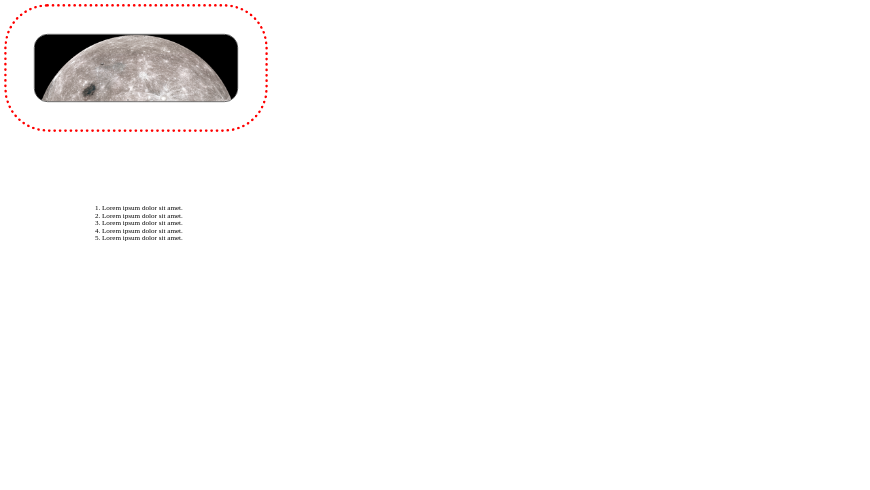
Repository: aSSasdy/assasdy.github.io
Page: index.html
An editor plug-in stored every save of this project. The page is shown before and after the next save, followed by the edit.
The browser window is 1280 px wide. The pictures show the whole page, at 68% of full size.

Above is the page before, as saved 2021-11-25 19:36:35.

### index.html
<!DOCTYPE html>
<html lang="en">
<head>
    <meta charset="UTF-8">
    <meta http-equiv="X-UA-Compatible" content="IE=edge">
    <meta name="viewport" content="width=device-width, initial-scale=1.0">
    <title>Document</title>
    <link rel="stylesheet" href="css/style.css">
</head>
<body>
    <div class="box">
        <img src="img/Moon_farside_LRO_color_mosaic.png">
    </div>
    <ol class="list-number">
        <li>Lorem ipsum dolor sit amet.</li>
        <li>Lorem ipsum dolor sit amet.</li>
        <li>Lorem ipsum dolor sit amet.</li>
        <li>Lorem ipsum dolor sit amet.</li>
        <li>Lorem ipsum dolor sit amet.</li>
    </ol>
</body>
</html>

### css/style.css
html{
    font-size: 65.5%;
}
*{
    margin: 0;
    padding: 0;
    box-sizing: border-box;
}
.box{
    height: 100px;
    width: 300px;
    border-radius: 20px;
    background: blue;
    overflow: hidden;
    border: 1px solid black;
    outline: 4px dotted red;
    outline-offset: 40px;
    margin: 50px;
}
.list-number{
    margin: 150px;
    list-style-type: decimal;
    list-style-position: outside;
    width: 250px;
}

After the next save:
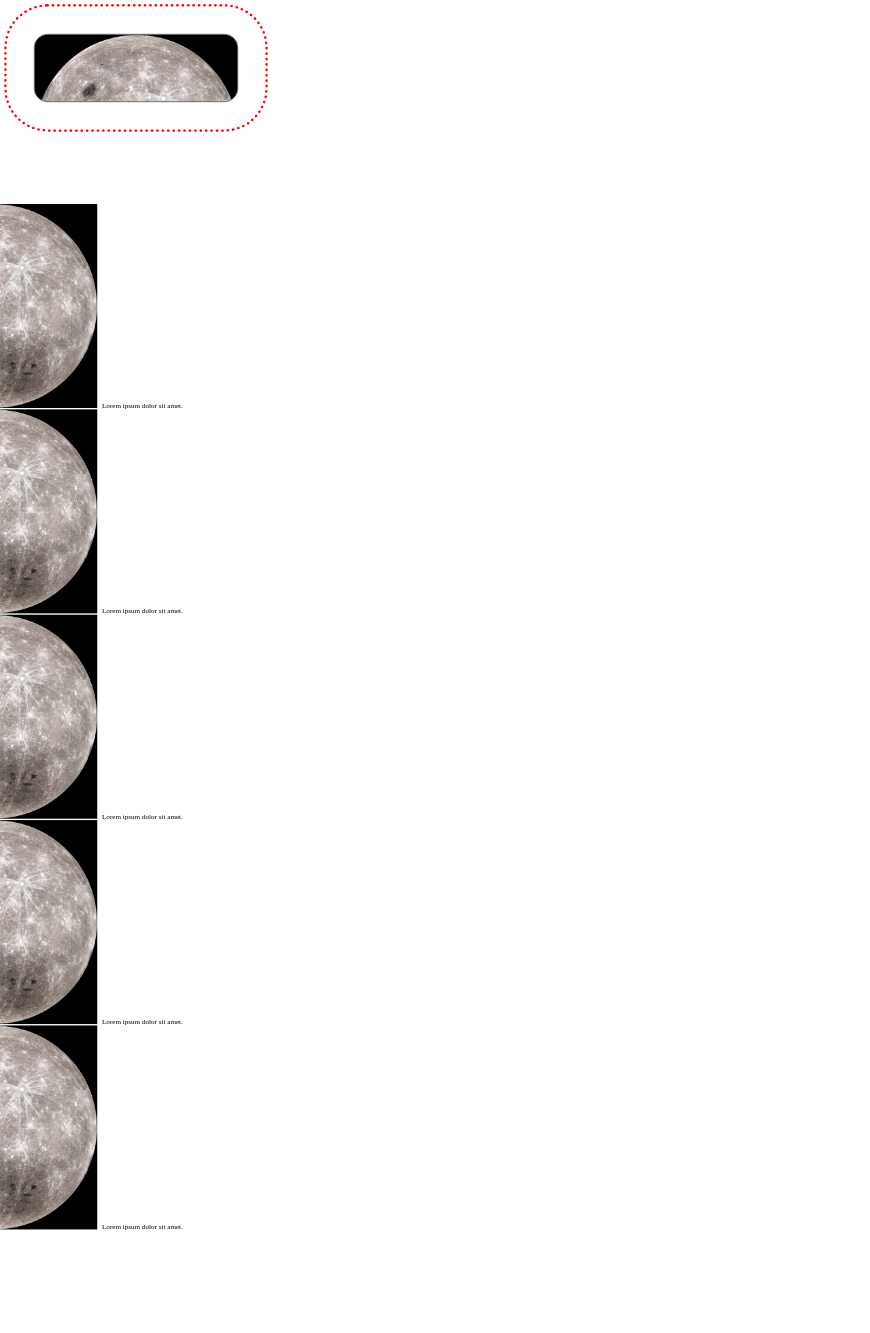
Saved 3 min 17 s later.
--- a/css/style.css
+++ b/css/style.css
@@ -20,6 +20,7 @@ html{
 .list-number{
     margin: 150px;
     list-style-type: decimal;
+    list-style-image: url("/img/Moon_farside_LRO_color_mosaic.png");
     list-style-position: outside;
     width: 250px;
 }
